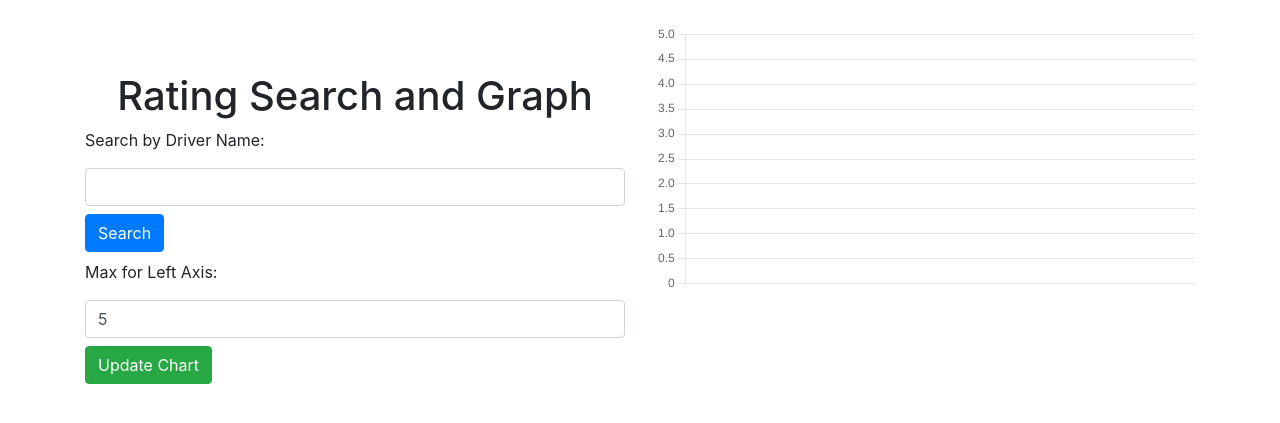
Repository: adrcstro/TrackingManagement
Page: http://localhost/tcpdf/Loginsystem/fetchdata.php
These files come from the project's save history. The page is drawn as it stood at one moment and after the next save; the edit follows.
The browser window is 1280 px wide. The pictures show the whole page.
Some web libraries are served in a nearby version. The page is run by PHP 8.4 with error messages shown; the project is at /var/www/html/. Queries for data that is not in the repository find no rows.

Above is the page before, as saved 2023-11-24 18:48:04.
Console error: TypeError: Cannot read properties of null (reading 'addEventListener')

### Loginsystem/fetchdata.php
<!DOCTYPE html>
<html lang="en">
<head>
    <meta charset="UTF-8">
    <meta name="viewport" content="width=device-width, initial-scale=1.0">
    <link href="https://maxcdn.bootstrapcdn.com/bootstrap/4.5.2/css/bootstrap.min.css" rel="stylesheet">
    <link href="https://cdnjs.cloudflare.com/ajax/libs/font-awesome/5.15.1/css/all.min.css" rel="stylesheet"> <!-- Font Awesome -->
    <script src="https://cdn.jsdelivr.net/npm/chart.js"></script>

    <style>
        .card {
            transition: transform 0.3s;
            position: relative;
            box-shadow: 0 4px 8px rgba(0, 0, 0, 0.1);
            height: 100%;
        }

        .card:hover {
            transform: scale(1.05);
            box-shadow: 0 8px 16px rgba(0, 0, 0, 0.2);
        }

        .card-img-top {
            object-fit: cover;
            height: 250px;
            width: 100%;
        }

        .card-body {
            padding-bottom: 40px; /* Adjust padding to accommodate the button */
        }

        .card-title {
            height: -3rem; /* Limit the height of the title */
            overflow: hidden;
        }

        .card-text {
            max-height: 6rem; /* Limit the height of the description */
            overflow: hidden;
        }

        .read-more-modal {
            max-width: 800px; /* Adjust the width of the modal */
        }
    </style>
    <title>News and Events</title>
</head>
<body>

<div class="container">
        <div class="row">
            <div class="col-md-6 mt-5">
                <h1 class="text-center mt-4">Rating Search and Graph</h1>

                <form method="post" action="" class="mt-2">
                    <label for="search">Search by Driver Name:</label>
                    <input type="text" name="search" id="search" class="form-control mt-2">
                    <input type="submit" value="Search" class="btn btn-primary mt-2">
                </form>

                <!-- Input field for max value of left axis -->
                <label for="maxLeft" class="mt-2">Max for Left Axis:</label>
                <input type="number" name="maxLeft" id="maxLeft" value="5" class="form-control mt-2">

                <button onclick="updateChart()" class="btn btn-success mt-2">Update Chart</button>
            </div>

            <div class="col-md-6">
                <div style="width: 100%;"  class="mt-4">
                    <canvas id="myChart"></canvas>
                </div>
            </div>
        </div>
    </div>


<script>
        // Add your custom scripts here
        function updateChart() {
            // Your chart update logic
        }
    </script>
<?php
// Connect to your database
$servername = "localhost"; // Replace with your server name
$username = "root"; // Replace with your username
$password = ""; // Replace with your password
$dbname = "plate-to-place-v-tracking";

$conn = new mysqli($servername, $username, $password, $dbname);

// Check connection
if ($conn->connect_error) {
    die("Connection failed: " . $conn->connect_error);
}

// Function to fetch data from the rating table based on the search term
function fetchData($conn, $searchTerm) {
    $sql = "SELECT DriverName, Rate FROM rating WHERE DriverName LIKE '%$searchTerm%'";
    $result = $conn->query($sql);

    $data = array();
    if ($result->num_rows > 0) {
        while ($row = $result->fetch_assoc()) {
            $data[] = $row;
        }
    }

    return $data;
}

// Process search form submission
if ($_SERVER["REQUEST_METHOD"] == "POST") {
    $searchTerm = $_POST["search"];
    $data = fetchData($conn, $searchTerm);
} else {
    // If no search term, initialize with an empty array
    $data = array();
}

// Close the database connection
$conn->close();
?>

<script>
// Prepare data for Chart.js
var data = <?php echo json_encode($data); ?>;

// Create an object to count the occurrences of each rating for each driverName
var ratingCounts = {};

data.forEach(function(item) {
    var driverName = item.DriverName;
    var rate = item.Rate;

    // Initialize the count for the driverName if not already present
    if (!ratingCounts[driverName]) {
        ratingCounts[driverName] = [0, 0, 0, 0, 0]; // Index 0 represents rating 1, index 4 represents rating 5
    }

    // Increment the count for the corresponding rating
    ratingCounts[driverName][rate - 1]++;
});

// Prepare labels and data for the chart
var labels = Object.keys(ratingCounts);
var datasets = [];

// Iterate through each driverName and create a dataset for the bar graph
labels.forEach(function(driverName) {
    var counts = ratingCounts[driverName];

    datasets.push({
        label: driverName,
        data: counts,
        backgroundColor: getRandomColor(), // Function to get a random color for each driverName
        borderColor: 'rgba(75, 192, 192, 1)',
        borderWidth: 1
    });
});

// Default max value for left axis
var maxLeft = 5;

// Declare myChart outside the function
var myChart;

// Draw the initial bar chart
drawChart();

// Function to draw or update the bar chart
function drawChart() {
    var ctx = document.getElementById('myChart').getContext('2d');
    myChart = new Chart(ctx, {
        type: 'bar',
        data: {
            labels: ['Unsatisfactory/Very Poor', 'Poor', 'Satisfactory/Fair', 'Good', 'Excellent'], // Ratings 1 to 5
            datasets: datasets
        },
        options: {
            scales: {
                y: {
                    beginAtZero: true,
                    stepSize: 1,
                    max: maxLeft
                }
            }
        }
    });
}

// Function to generate a random color
function getRandomColor() {
    var letters = '0123456789ABCDEF';
    var color = '#';
    for (var i = 0; i < 6; i++) {
        color += letters[Math.floor(Math.random() * 16)];
    }
    return color;
}

// Function to update the chart based on user input
function updateChart() {
    // Get value from input field
    maxLeft = parseInt(document.getElementById('maxLeft').value);

    // Destroy the existing chart and redraw with updated options
    myChart.destroy();
    drawChart();
}
</script>









<div class="container mt-5 mb-5">
    <div class="row">
    <?php
        // Replace these with your actual database connection details
        $host = "localhost";
        $username = "root";
        $password = "";
        $database = "plate-to-place-v-tracking";

        // Create a database connection
        $your_db_connection = mysqli_connect($host, $username, $password, $database);

        // Check the connection
        if (!$your_db_connection) {
            die("Connection failed: " . mysqli_connect_error());
        }

        // Fetch data from the "newsandevents" table
        $query = "SELECT id, Username, Age, Password, PermittoOperate,PhoneNumber,HomeAddress FROM driverstbl";
        $result = mysqli_query($your_db_connection, $query);

        // Check if the query was successful
        if ($result) {
            // Fetch data row by row
            while ($row = mysqli_fetch_assoc($result)) {
                $drivername = $row['Username'];
                $ViehicleNumber = $row['Age'];
                $PlateNumber = $row['Password'];
                $image = $row['PermittoOperate'];
                $phone = $row['PhoneNumber'];
                $home = $row['HomeAddress'];

                // Display data in Bootstrap cards
                echo '<div class="col-md-4 mb-5">';
                echo '<div class="card">';
                echo '<img src="uploads/' . $image . '" class="card-img-top" alt="Card Image">';
                echo '<div class="card-body text-center">';

                // Displaying the driver information
                // Existing code

echo '<h6 class="card-title">Drivers Name: <span style="font-weight:normal;">' . $drivername . '</span></h6>';
echo '<h6 class="card-title">Vehicle Number: <span style="font-weight:normal;">' . $ViehicleNumber . '</span></h6>';
echo '<h6 class="card-title">Plate Number: <span style="font-weight:normal;">' . $PlateNumber . '</span></h6>';
echo '<h6 class="card-title">Phone Number: <span style="font-weight:normal;">' . $phone . '</span></h6>';
echo '<h6 class="card-title">Home Address: <span style="font-weight:normal;">' . $home . '</span></h6>';
                echo '</div>';
                echo '</div>';
                echo '</div>';
            }

            // Free result set
            mysqli_free_result($result);
        } else {
            // Handle the error if the query fails
            echo "Error: " . mysqli_error($your_db_connection);
        }

        // Close the database connection
        mysqli_close($your_db_connection);
    ?>
    </div>
</div>

<script src="https://code.jquery.com/jquery-3.5.1.slim.min.js"></script>
<script src="https://cdn.jsdelivr.net/npm/@popperjs/core@2.5.3/dist/umd/popper.min.js"></script>
<script src="https://maxcdn.bootstrapcdn.com/bootstrap/4.5.2/js/bootstrap.min.js"></script>
<script src="https://kit.fontawesome.com/your-font-awesome-kit-id.js" crossorigin="anonymous"></script>









<script>
    // Initialize Bootstrap tooltips
    $(function () {
        $('[data-toggle="tooltip"]').tooltip();
    });
</script>

<script>
    document.addEventListener("DOMContentLoaded", function() {
        const searchInput = document.getElementById("SearchDriver");
        const searchResults = document.getElementById("searchResults");

        searchInput.addEventListener("input", function() {
            const searchText = searchInput.value.toLowerCase();
            if (searchText.length > 0) {
                fetch(`fetchdatadetails.php?search=${searchText}`)
                    .then(response => response.text())
                    .then(data => {
                        searchResults.innerHTML = data;
                    })
                    .catch(error => {
                        console.error('Error:', error);
                    });
            } else {
                searchResults.innerHTML = "";
            }
        });
    });
</script>
</body>
</html>

After the next save:
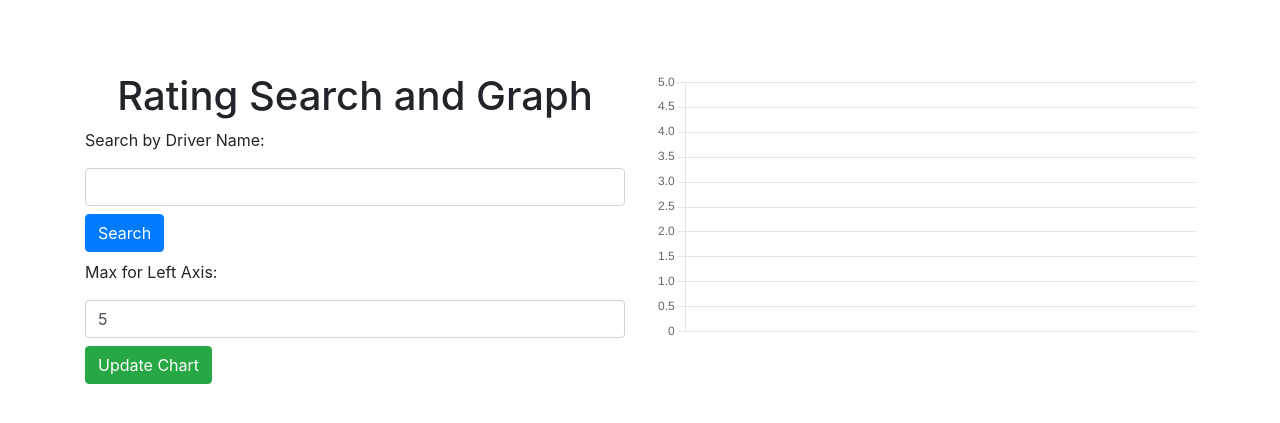
Saved 12 s later.
--- a/Loginsystem/fetchdata.php
+++ b/Loginsystem/fetchdata.php
@@ -49,8 +49,8 @@
 <body>
 
 <div class="container">
-        <div class="row">
-            <div class="col-md-6 mt-5">
+        <div class="row  mt-5">
+            <div class="col-md-6">
                 <h1 class="text-center mt-4">Rating Search and Graph</h1>
 
                 <form method="post" action="" class="mt-2">
